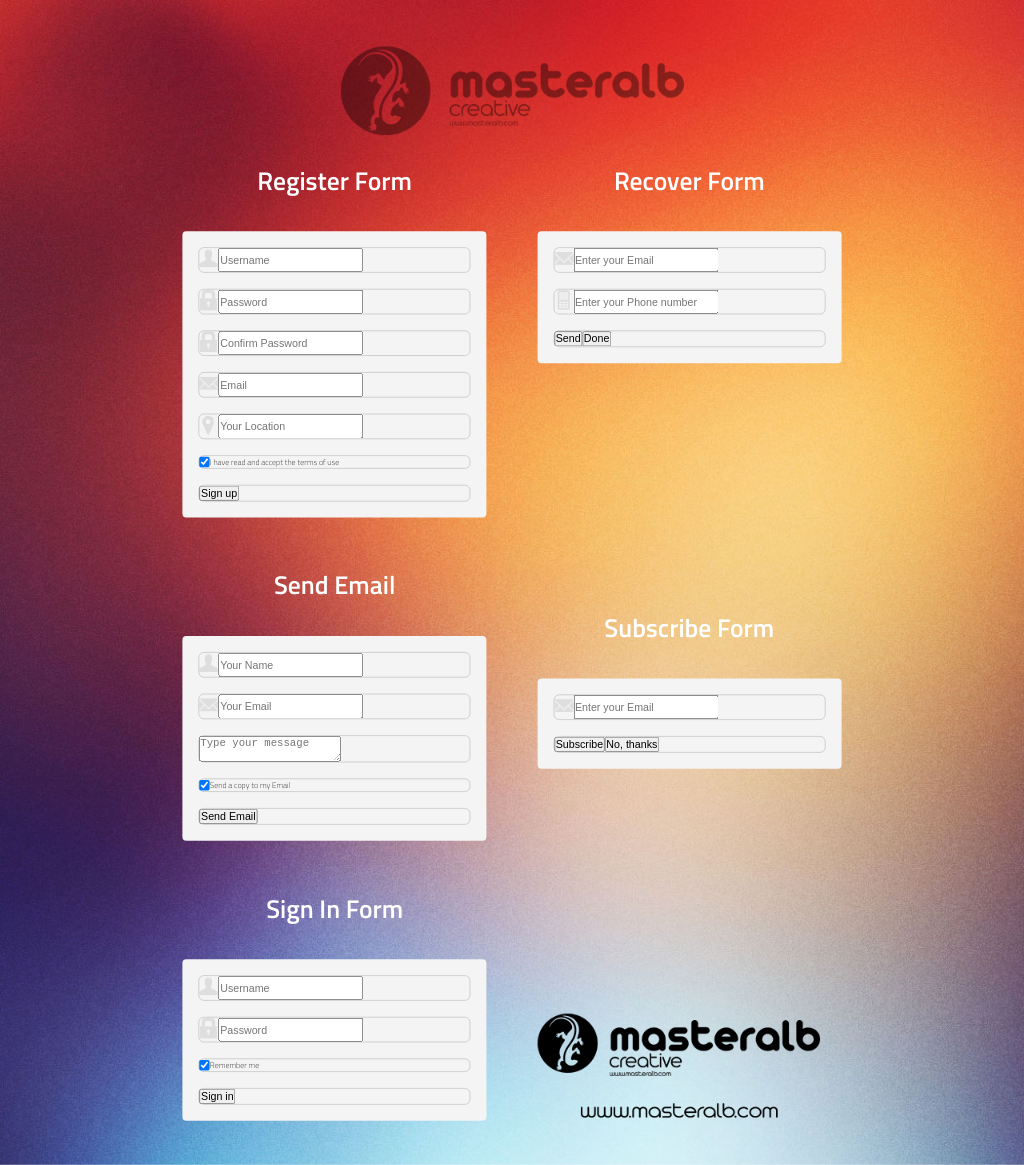
Repository: achwesiuk/PSD-Masteralb
Page: index.html
These files come from the project's save history. The page is drawn as it stood at one moment and after the next save; the edit follows.
The browser window is 1280 px wide. The pictures show the whole page, at 80% of full size.
Backgrounds fixed to the window are drawn as part of the page. The style sheet was rebuilt from its Sass, Less or Tailwind sources for each picture, by a compiler version that may differ from the author's.

Above is the page before, as saved 2021-03-12 20:21:58.

After the next save:
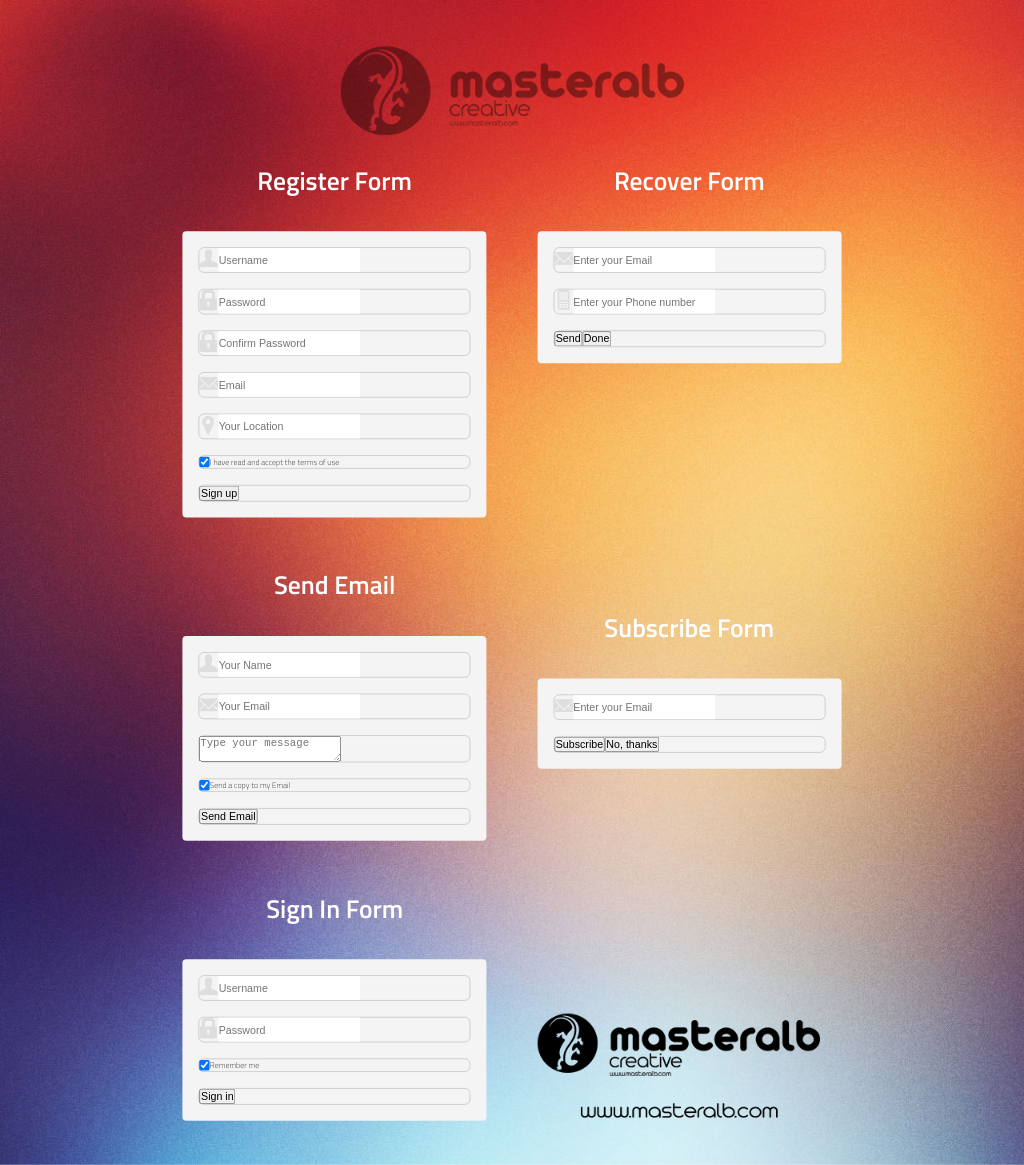
Saved 102 s later.
--- a/sass/main.scss
+++ b/sass/main.scss
@@ -88,5 +88,7 @@
         margin-bottom: 2rem;
     }
 
-
+    &__input {
+        border: none;
+    }
 }
